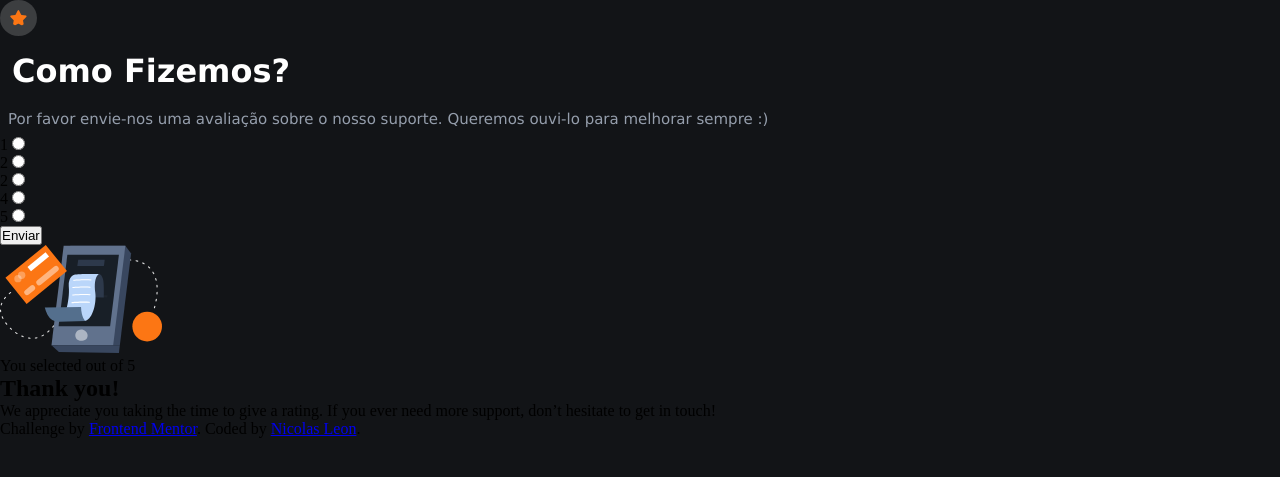
Repository: Leonngc/projeto-avaliacao
Page: index.html
These files come from the project's save history. The page is drawn as it stood at one moment and after the next save; the edit follows.
The browser window is 1280 px wide. The pictures show the whole page.

Above is the page before, as saved 2023-01-29 20:12:13.
Console error: SyntaxError: Unexpected token ')'

### index.html
<!DOCTYPE html>
<html lang="pt-br">

<head>
  <meta charset="UTF-8">
  <meta name="viewport" content="width=device-width, initial-scale=1.0">
  <!-- displays site properly based on user's device -->

  <link rel="icon" type="image/png" sizes="32x32" href="./images/favicon-32x32.png">
  <script src="js/index.js" defer></script>

  <title>Frontend Mentor | Interactive rating component</title>

  <link rel="stylesheet" href="styles/style.css">
</head>

<body>

  <!-- Rating state start -->
  <div id="card">
    <img src="images/icon-star.svg" alt="" id="icon">
    <div id="mensage">
      <h1>Como Fizemos?</h1>
      <p>Por favor envie-nos uma avaliação sobre o nosso suporte. Queremos ouvi-lo para melhorar sempre :)</p>
    </div>
    <form id="ratting">
      <div>
        <label for="ratting-one">1</label> <input type="radio" class="ratting-btn" id="ratting-one" name="ratting">
      </div>
      <div>
        <label for="ratting-two">2</label> <input type="radio" class="ratting-btn" id="ratting-two" name="ratting">
      </div>
      <div>
        <label for="ratting-three">2</label> <input type="radio" class="ratting-btn" id="ratting-three" name="ratting">
      </div>
      <div>
        <label for="ratting-four">4</label> <input type="radio" class="ratting-btn" id="ratting-four" name="ratting">
      </div>
      <div>
        <label for="ratting-five">5</label> <input type="radio" class="ratting-btn" id="ratting-five" name="ratting">
      </div>

      <input type="submit" value="Enviar" onclick="sent()" id="">
  </div>
  </form>

  <!-- Rating state end -->

  <!-- Thank you state start -->

  <section id="result-avaliation" class="avaliation-form">
    <div id="thank-image">
      <img src="images/illustration-thank-you.svg" alt="">
    </div>


    <p id="avaliation-user">You selected <!--ratting result --> out of 5</p>
    <h1>Thank you!</h1>
    <p id="thanks-mensage">
      We appreciate you taking the time to give a rating. If you ever need more support,
      don’t hesitate to get in touch!
    </p>
  </section>

  <!-- Thank you state end -->


  <footer class="attribution">
    Challenge by <a href="https://www.frontendmentor.io?ref=challenge" target="_blank">Frontend Mentor</a>.
    Coded by <a href="#">Nicolas Leon</a>.
  </footer>
</body>

</html>

### js/index.js
switch () {
    case value:

        break;

    default:
        break;
}

### styles/style.css
:root {
  --very-dark-blue: hsl(216, 12%, 8%);
  --dark-blue: hsl(213, 19%, 18%);
  --medium-grey: hsl(216, 12%, 54%);
  --light-grey: hsl(217, 12%, 63%);
}

* {
  margin: 0;
  padding: 0;
  box-sizing: border-box;
}

body{
  background-color: var(--very-dark-blue);
}

.ratting{
  background-color: var(--dark-blue);
  margin: auto;
  margin-top: 190px;
  width: 470px;
  height: 400px;
  padding: 40px;
  border-radius: 30px;
}

#icon{
  background-color: rgba(211, 211, 211, 0.218);
  padding: 10px;
  border-radius: 50%;
}

#mensage > h1{
  font-family: 'Lucida Sans', 'Lucida Sans Regular', 'Lucida Grande', 'Lucida Sans Unicode', Geneva, Verdana, sans-serif;
  color: white;
  padding: 12px;
}

#mensage > p{
  padding: 8px;
  font-size: 15px;
  font-family: Verdana, Geneva, Tahoma, sans-serif;
  color: var(--light-grey);
}

After the next save:
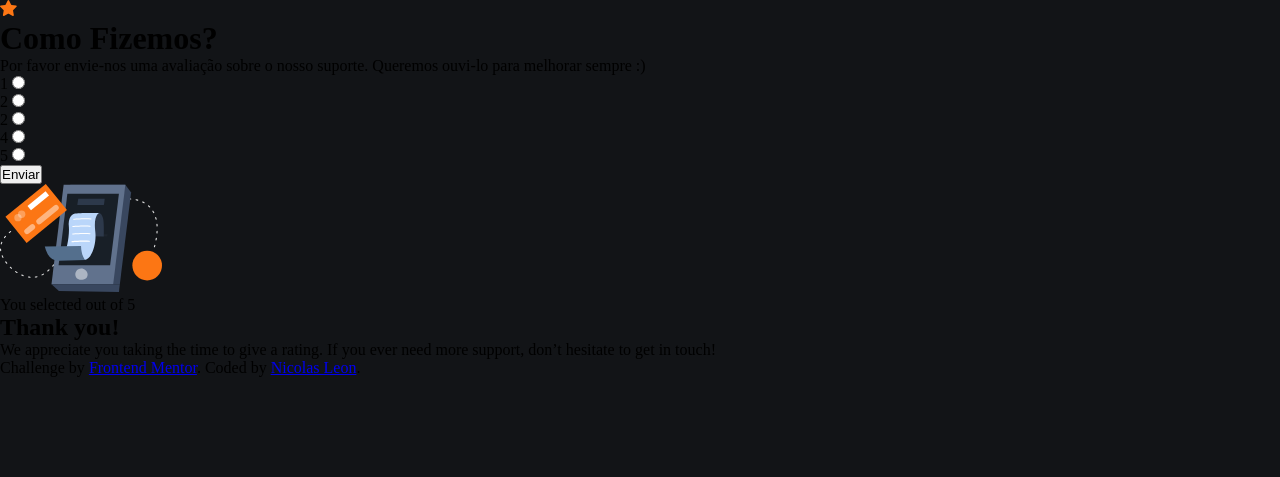
Saved 16 min 57 s later.
--- a/styles/style.css
+++ b/styles/style.css
@@ -15,7 +15,7 @@ body{
   background-color: var(--very-dark-blue);
 }
 
-.ratting{
+.ratting~[{
   background-color: var(--dark-blue);
   margin: auto;
   margin-top: 190px;

After the save that followed:
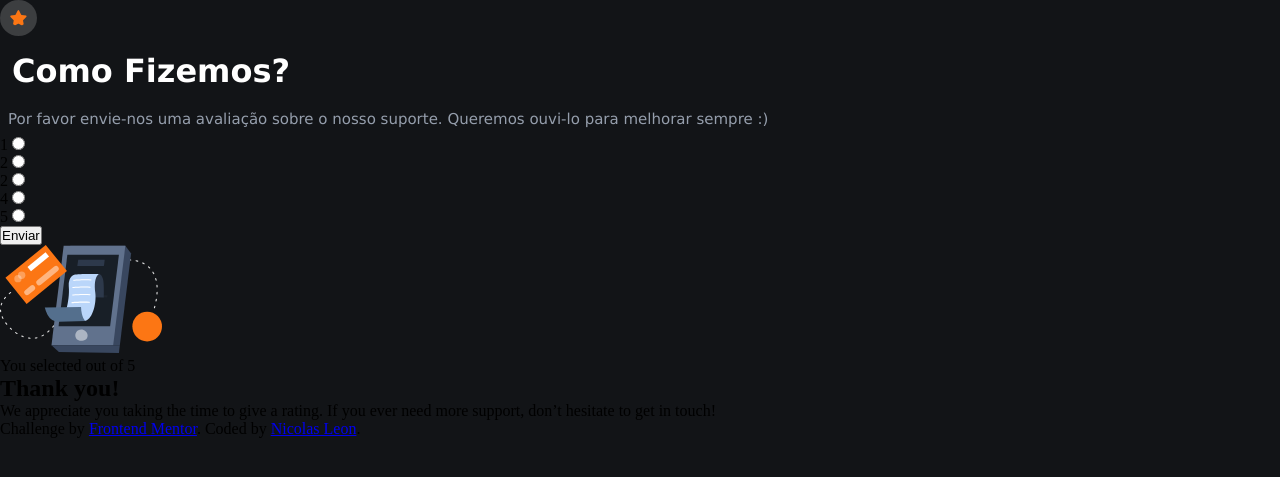
Saved 4 s later.
--- a/styles/style.css
+++ b/styles/style.css
@@ -15,7 +15,7 @@ body{
   background-color: var(--very-dark-blue);
 }
 
-.ratting~[{
+.ratting{
   background-color: var(--dark-blue);
   margin: auto;
   margin-top: 190px;
